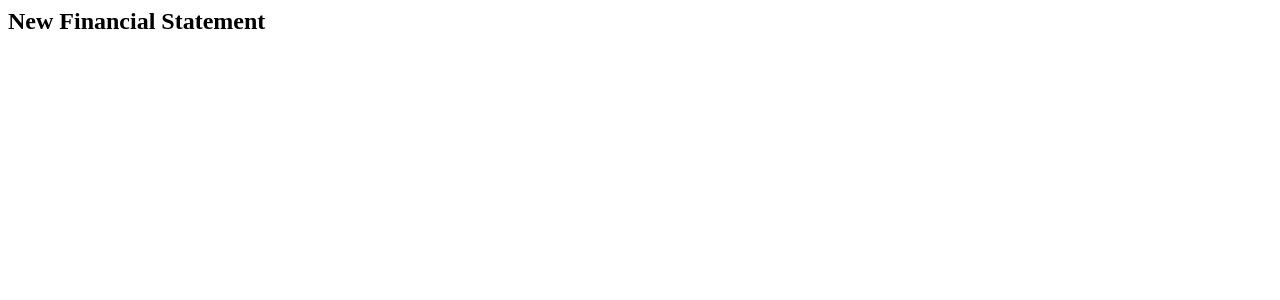
Repository: VentureEquityExchange/hack-ether-camp
Page: angular-app/fs/fs.html
The author's editor kept a record of every edit. The page is drawn from the files as they stood at one moment, then again after the next edit.
The browser window is 1280 px wide. The pictures show the whole page.

Above is the page before.

### angular-app/fs/fs.html
<md-dialog aria-label="New Financial Statement"  ng-cloak>
  <form>
    <md-toolbar>
      <div class="md-toolbar-tools">
        <h2>New Financial Statement</h2>
      </div>
    </md-toolbar>
    <md-dialog-content style="width: 100%">
      <div class="md-dialog-content">
        <md-tabs md-dynamic-height md-border-bottom>
		  <md-tab label="income & retained earnings">
		    <md-content class="md-padding">
		      <income></income>
		    </md-content>
		  </md-tab>
		  <!--
		  <md-tab label="retained earnings">
		    <md-content class="md-padding">
		      <retained-earnings></retained-earnings>
		    </md-content>
		  </md-tab>
		  -->
		  <md-tab label="financial position">
		    <md-content class="md-padding">
		      <financial-position></financial-position>
		    </md-content>
		  </md-tab>
		  <md-tab label="cash flow">
		    <md-content class="md-padding">
		      <cash-flow></cash-flow>
		    </md-content>
		  </md-tab>
		</md-tabs>
      </div>
    </md-dialog-content>
    <!--
    <md-dialog-actions layout="row">
      <md-button md-autofocus ng-click="submitStatement(statement)">
        Submit
      </md-button>
      <span flex></span>
    </md-dialog-actions>
    -->
  </form>
</md-dialog>

After the next edit:
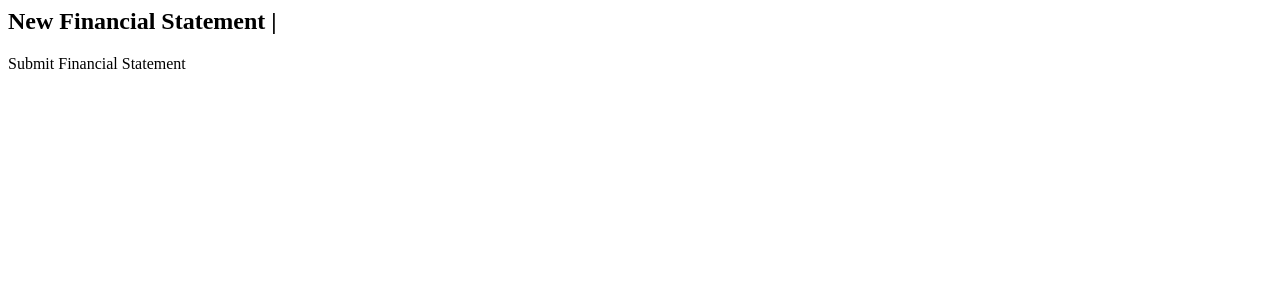
The edit:
--- a/angular-app/fs/fs.html
+++ b/angular-app/fs/fs.html
@@ -2,7 +2,10 @@
   <form>
     <md-toolbar>
       <div class="md-toolbar-tools">
-        <h2>New Financial Statement</h2>
+        <h2>New Financial Statement | </h2>
+        <md-button aria-label="submit fs" ng-click="submit()">
+          Submit Financial Statement
+        </md-button>
       </div>
     </md-toolbar>
     <md-dialog-content style="width: 100%">
